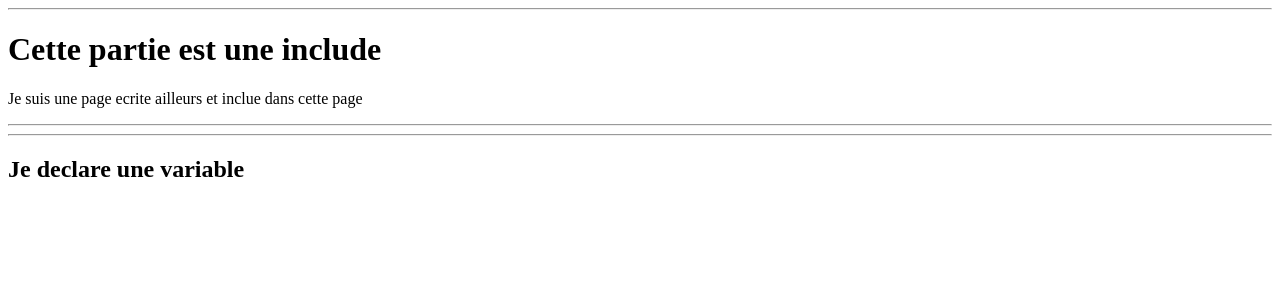
Repository: lemzoo/Formation_JEE
Page: http://localhost/FirstProject/maPageInclude.jsp
The author's editor kept a copy of each file at every save. The page is drawn from the files as they stood at one save, then again after a run of saves.
The browser window is 1280 px wide. The pictures show the whole page.
The page is served by Tomcat 9. Other server files are loaded and not shown.

Above is the page before, as saved 2016-06-20 12:03:23.

### FirstProject/WebContent/maPageInclude.jsp
<%@ page language="java" contentType="text/html; charset=UTF-8"
    pageEncoding="UTF-8"%>
<!DOCTYPE html PUBLIC "-//W3C//DTD HTML 4.01 Transitional//EN" "http://www.w3.org/TR/html4/loose.dtd">
<html>
<head>
<meta http-equiv="Content-Type" content="text/html; charset=UTF-16LE">
<title>Insert title here</title>
</head>
<body>
	<hr>
	<h1>Cette partie est une include</h1>
	<p>Je suis une page ecrite ailleurs et  inclue dans cette page</p>
	<hr>

	<hr>
    <h2>Je declare une variable</h2>
    <% String svotreNom = "Odellya Consulting"; %>
</body>
</html>

After the next 2 saves:
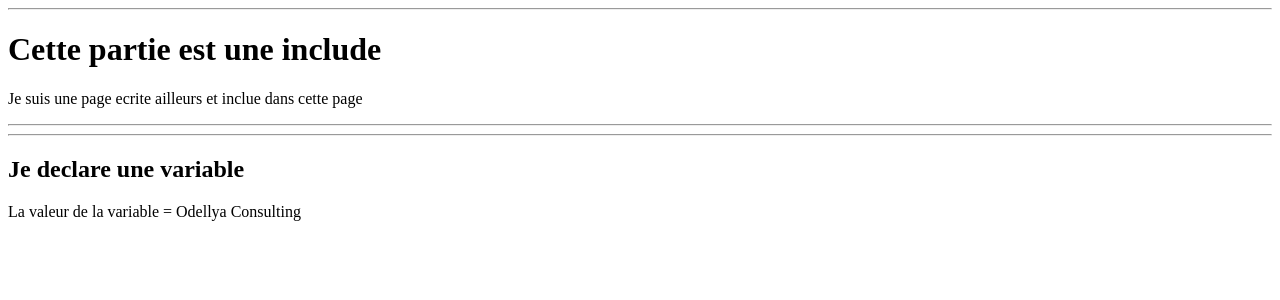
The 2 saves are shown as one change because they came seconds apart.
The last was saved 83 s later.
--- a/FirstProject/WebContent/maPageInclude.jsp
+++ b/FirstProject/WebContent/maPageInclude.jsp
@@ -14,6 +14,10 @@
 
 	<hr>
     <h2>Je declare une variable</h2>
-    <% String svotreNom = "Odellya Consulting"; %>
+    <% String sVotreNom = "Odellya Consulting"; %>
+    <p>
+    <% out.println("La valeur de la variable = " + sVotreNom); %>
+    </p>
+
 </body>
 </html>
